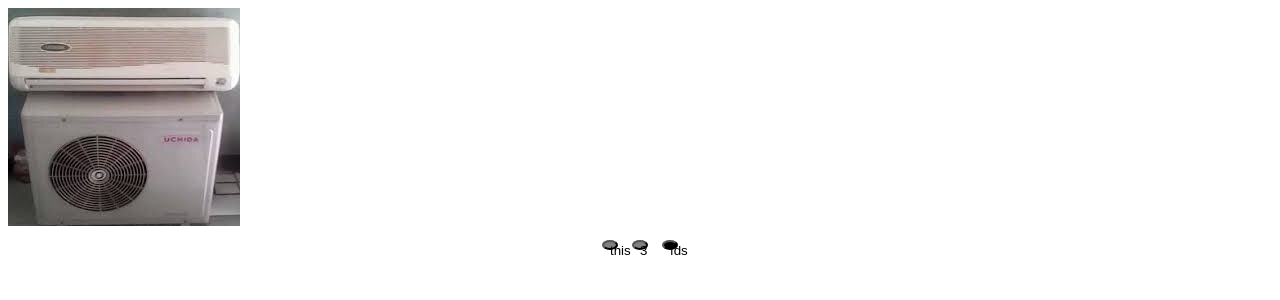
Repository: mangalravi/vercelfinal
Page: this.html
These files come from the project's save history. The page is drawn as it stood at one moment and after the next save; the edit follows.
The browser window is 1280 px wide. The pictures show the whole page.

Above is the page before, as saved 2024-03-30 21:51:16.

After the next save:
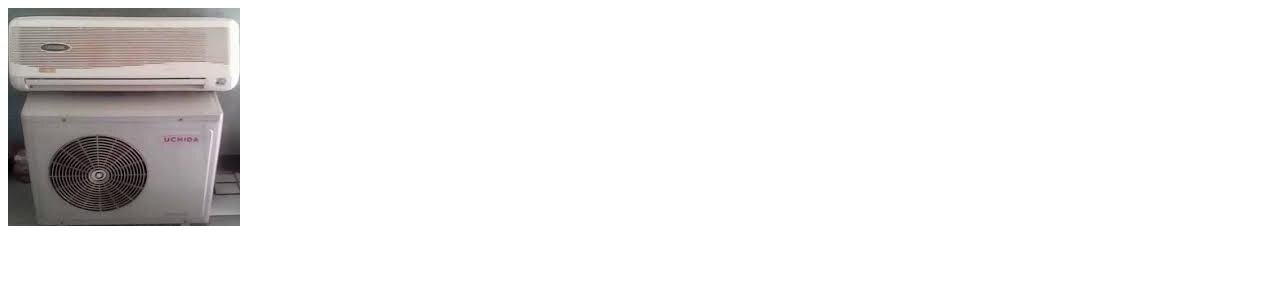
Saved 14 h 22 min later.
--- a/this.html
+++ b/this.html
@@ -57,11 +57,7 @@
             <img src="content/images/ac.jpeg" alt="Slide 1" class="w-50">
           </div>
         </div>
-        <div class="tabs">
-          <button class="tab active" data-index="0">this</button>
-          <button class="tab" data-index="1">3</button>
-          <button class="tab" data-index="2">fds</button>
-        </div>
+
       </div>
 
 
